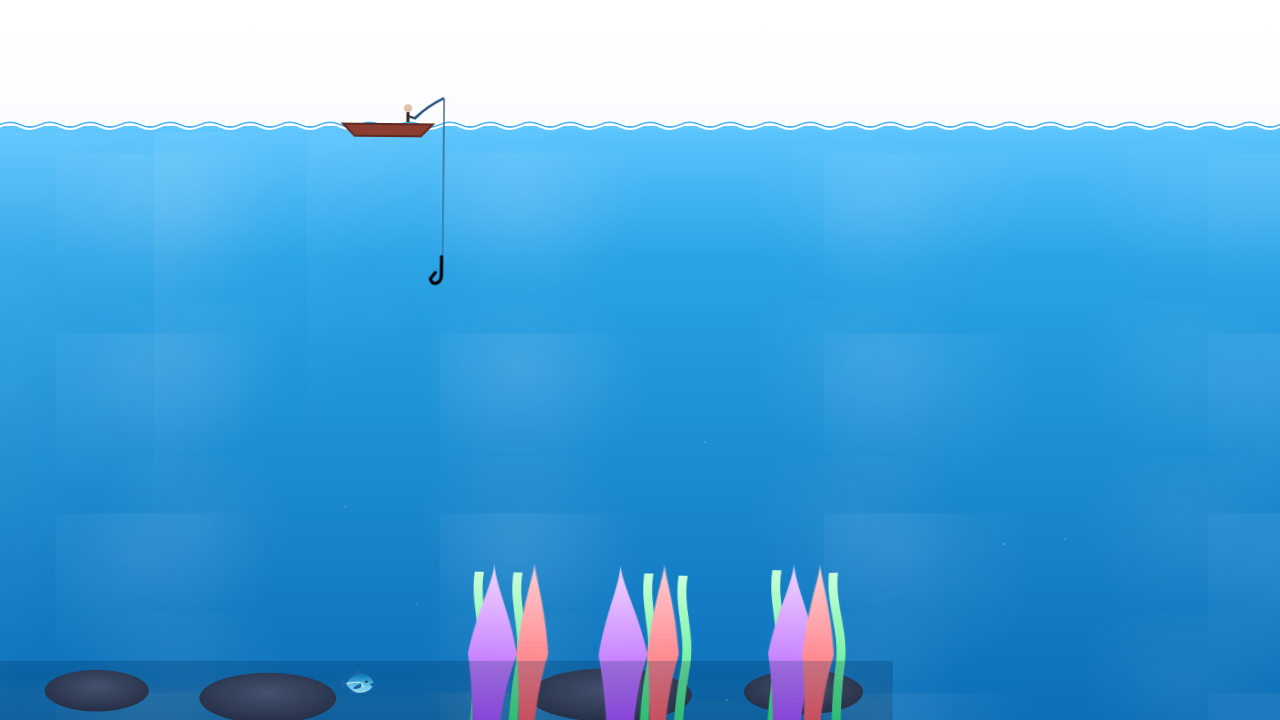
Repository: DeepFriedTurkey441/fd_game_project
Page: index.html
The author's editor kept a copy of each file at every save. The page is drawn from the files as they stood at one save, then again after the next save.
The browser window is 1280 px wide. The pictures show the whole page.

Above is the page before, as saved 2025-09-23 08:21:12.

After the next save:
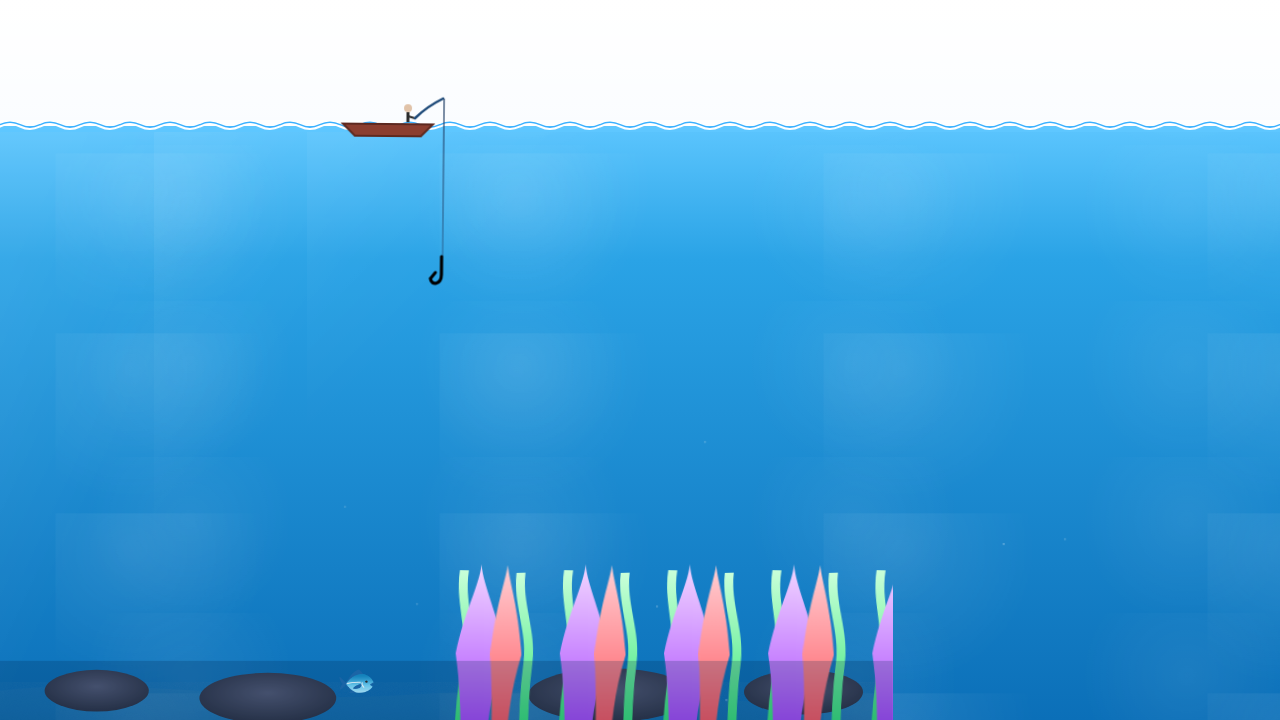
Saved 7 min 16 s later.
--- a/index.html
+++ b/index.html
@@ -73,18 +73,24 @@
       </g>
       <!-- repeated plant clusters across full width -->
       <g id="plants" transform="translate(0,0)">
-        <!-- generate clusters every 200px -->
-        <g transform="translate(40,0)">
-          <use href="#plantBlade" x="0" y="400" class="sway"/>
-          <use href="#leafBroad" x="20" y="390" class="sway"/>
-          <use href="#plantBlade" x="52" y="400" transform="scale(0.9,1.0)" class="sway"/>
-          <use href="#leafRedSym" x="74" y="388" class="sway"/>
+        <!-- nine identical clusters across the width -->
+        <g transform="translate(20,0)">
+          <use href="#plantBlade" x="0" y="398" class="sway"/>
+          <use href="#leafBroad" x="24" y="390" class="sway fast"/>
+          <use href="#leafRedSym" x="58" y="390" class="sway"/>
+          <use href="#plantBlade" x="86" y="404" class="sway slow"/>
         </g>
-        <g transform="translate(240,0)">
-          <use href="#leafBroad" x="0" y="392" class="sway slow"/>
-          <use href="#plantBlade" x="28" y="402" class="sway"/>
-          <use href="#leafRedSym" x="50" y="390" class="sway fast"/>
-          <use href="#plantBlade" x="74" y="404" class="sway"/>
+        <g transform="translate(160,0)">
+          <use href="#plantBlade" x="0" y="398" class="sway"/>
+          <use href="#leafBroad" x="24" y="390" class="sway fast"/>
+          <use href="#leafRedSym" x="58" y="390" class="sway"/>
+          <use href="#plantBlade" x="86" y="404" class="sway slow"/>
+        </g>
+        <g transform="translate(300,0)">
+          <use href="#plantBlade" x="0" y="398" class="sway"/>
+          <use href="#leafBroad" x="24" y="390" class="sway fast"/>
+          <use href="#leafRedSym" x="58" y="390" class="sway"/>
+          <use href="#plantBlade" x="86" y="404" class="sway slow"/>
         </g>
         <g transform="translate(440,0)">
           <use href="#plantBlade" x="0" y="398" class="sway"/>
@@ -92,20 +98,35 @@
           <use href="#leafRedSym" x="58" y="390" class="sway"/>
           <use href="#plantBlade" x="86" y="404" class="sway slow"/>
         </g>
-        <g transform="translate(640,0)">
-          <use href="#leafBroad" x="4" y="392" class="sway"/>
-          <use href="#plantBlade" x="36" y="404" class="sway"/>
-          <use href="#leafRedSym" x="62" y="390" class="sway"/>
+        <g transform="translate(580,0)">
+          <use href="#plantBlade" x="0" y="398" class="sway"/>
+          <use href="#leafBroad" x="24" y="390" class="sway fast"/>
+          <use href="#leafRedSym" x="58" y="390" class="sway"/>
+          <use href="#plantBlade" x="86" y="404" class="sway slow"/>
         </g>
-        <g transform="translate(840,0)">
-          <use href="#plantBlade" x="2" y="402" class="sway slow"/>
-          <use href="#leafBroad" x="28" y="392" class="sway"/>
-          <use href="#leafRedSym" x="60" y="390" class="sway fast"/>
+        <g transform="translate(720,0)">
+          <use href="#plantBlade" x="0" y="398" class="sway"/>
+          <use href="#leafBroad" x="24" y="390" class="sway fast"/>
+          <use href="#leafRedSym" x="58" y="390" class="sway"/>
+          <use href="#plantBlade" x="86" y="404" class="sway slow"/>
         </g>
-        <g transform="translate(1040,0)">
-          <use href="#leafBroad" x="8" y="392" class="sway"/>
-          <use href="#plantBlade" x="36" y="404" class="sway"/>
-          <use href="#leafRedSym" x="66" y="392" class="sway"/>
+        <g transform="translate(860,0)">
+          <use href="#plantBlade" x="0" y="398" class="sway"/>
+          <use href="#leafBroad" x="24" y="390" class="sway fast"/>
+          <use href="#leafRedSym" x="58" y="390" class="sway"/>
+          <use href="#plantBlade" x="86" y="404" class="sway slow"/>
+        </g>
+        <g transform="translate(1000,0)">
+          <use href="#plantBlade" x="0" y="398" class="sway"/>
+          <use href="#leafBroad" x="24" y="390" class="sway fast"/>
+          <use href="#leafRedSym" x="58" y="390" class="sway"/>
+          <use href="#plantBlade" x="86" y="404" class="sway slow"/>
+        </g>
+        <g transform="translate(1140,0)">
+          <use href="#plantBlade" x="0" y="398" class="sway"/>
+          <use href="#leafBroad" x="24" y="390" class="sway fast"/>
+          <use href="#leafRedSym" x="58" y="390" class="sway"/>
+          <use href="#plantBlade" x="86" y="404" class="sway slow"/>
         </g>
       </g>
       <!-- gentle water fog at bottom -->
